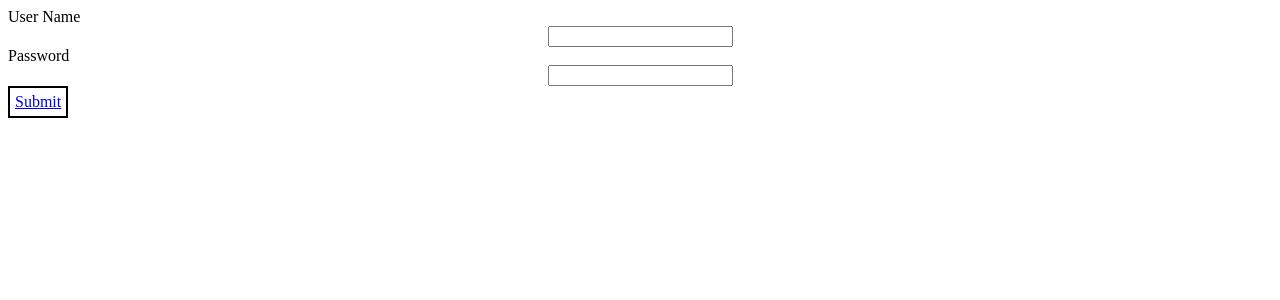
Repository: Nitin-Kalshetty/Training_Java
Page: myServletApp/src/main/webapp/index.html
An editor plug-in stored every save of this project. The page is shown before and after the next save, followed by the edit.
The browser window is 1280 px wide. The pictures show the whole page.

Above is the page before, as saved 2023-05-24 18:44:45.

After the next save:
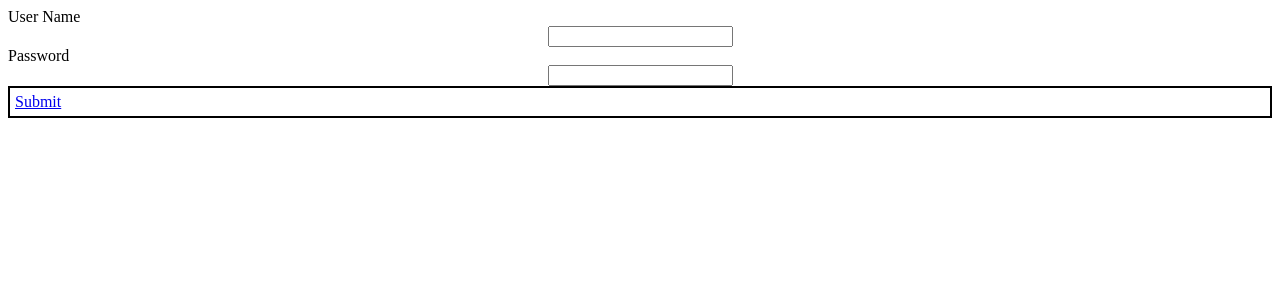
Saved 23 s later.
--- a/myServletApp/src/main/webapp/index.html
+++ b/myServletApp/src/main/webapp/index.html
@@ -11,7 +11,7 @@
 }
 #btn{
 	border:2px solid black;
-	display:inline-block;
+	display:block;
 	padding:5px;
 }
 
